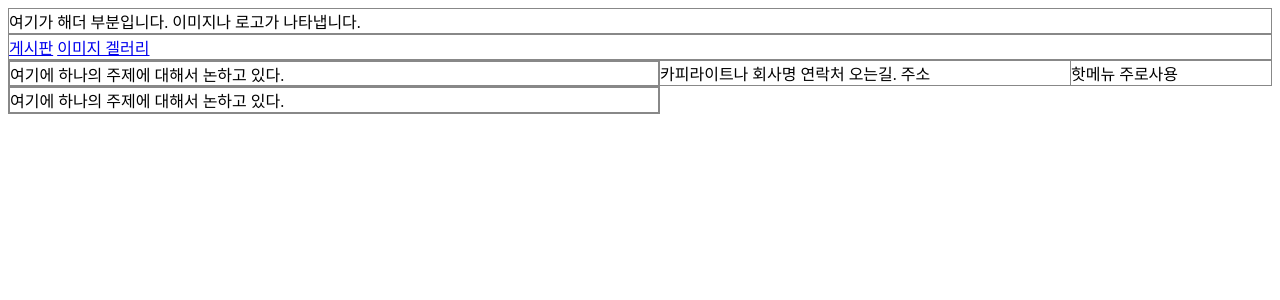
Repository: seokku/java2
Page: workspace/web/ch02basic/WebContent/semantic.html
These files come from the project's save history. The page is drawn as it stood at one moment and after the next save; the edit follows.
The browser window is 1280 px wide. The pictures show the whole page.

Above is the page before, as saved 2021-02-15 07:36:57.

### workspace/web/ch02basic/WebContent/semantic.html
<!DOCTYPE html>
<html>
<head>
<meta charset="UTF-8">
<title>Insert title here</title>
<style type="text/css">
header, nav, section, article, aside, footer{
/* 	div를 구분해서 의미 있는 공간을 만들어서 사용하기 */
	border: 1px double #888;
}

aside{
width: 200px;
float: right;
}
section{
 width: 650px;
 float: left;
}
</style>
</head>
<body>
<header>여기가 해더 부분입니다. 이미지나 로고가 나타냅니다.</header>
<nav>
	<a href="../board/list.jsp">게시판</a> <a href="../image/list.jsp">이미지 겔러리</a>
</nav>
<section>
	<article>여기에 하나의 주제에 대해서 논하고 있다.</article>
	<article>여기에 하나의 주제에 대해서 논하고 있다.</article>
</section>
<aside>핫메뉴 주로사용</aside>
<footer>
	카피라이트나 회사명 연락처 오는길. 주소
</footer>
</body>
</html>

After the next save:
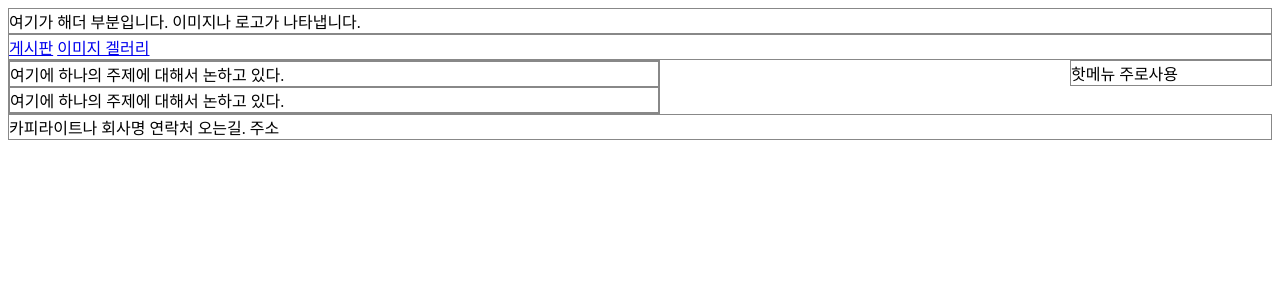
Saved 49 s later.
--- a/workspace/web/ch02basic/WebContent/semantic.html
+++ b/workspace/web/ch02basic/WebContent/semantic.html
@@ -17,6 +17,9 @@ section{
  width: 650px;
  float: left;
 }
+footer{
+	clear: both;
+}
 </style>
 </head>
 <body>
